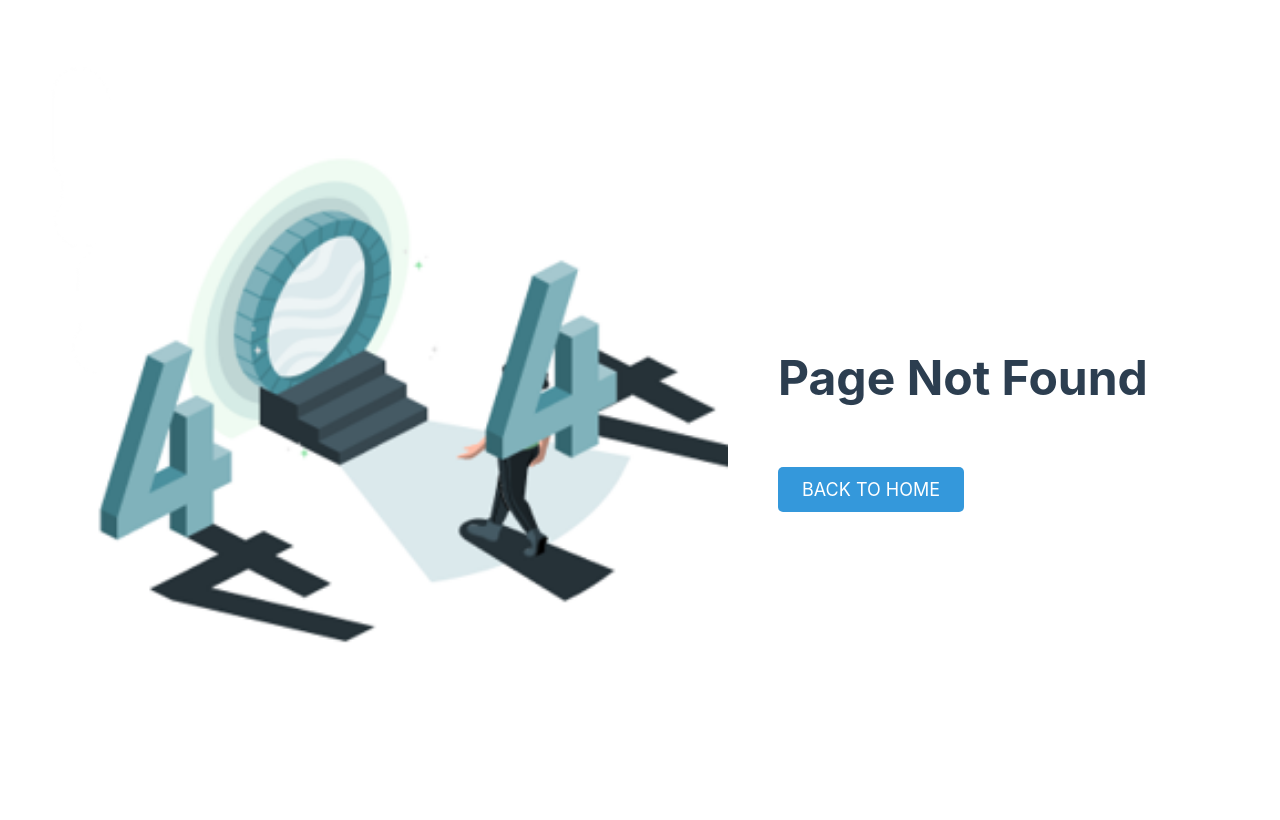
Repository: sarramz/ProjetBI-AI-dev
Page: /1
These files come from the project's save history. The page is drawn as it stood at one moment and after the next save; the edit follows.
The browser window is 1280 px wide. The pictures show the whole page.
The project was rebuilt for these pictures with package versions that can differ from the ones it lists, and the page was loaded fresh each time. Also part of the build but not shown: vite.config.js.

Above is the page before, as saved 2025-02-23 10:31:07.

### src/App.jsx
import React from "react";
import { BrowserRouter as Router, Routes, Route } from "react-router-dom";
import NotFoundPage from "./pages/NotFoundPage.jsx";

const Home = () => <h1 className="text-4xl text-center mt-10">Bienvenue sur la page d'accueil</h1>;

const App = () => {
  return (
    <Router>
      <Routes>
        <Route path="/" element={<Home />} />
        <Route path="*" element={<NotFoundPage />} />
      </Routes>
    </Router>
  );
};

export default App;

### src/pages/NotFoundPage.jsx
import React from "react";
import "./style.css"; // Assure-toi que ce fichier existe
import image404 from "/image.png"; // L'image doit être dans `public/`

export default function NotFoundPage() {
  return (
    <div className="not-found-container">
      <div className="image-container">
        <img src={image404} alt="404 Illustration" />
      </div>
      <div className="text-container">
        <h2>Page Not Found</h2>
        <a href="/" className="back-button">BACK TO HOME</a>
      </div>
    </div>
  );
}

### src/pages/style.css
.not-found-container {
  display: flex;
  align-items: center;
  justify-content: flex-start; /* Décale tout à gauche */
  padding: 50px;
  height: 100vh;
  gap: 50px; /* Espacement entre l'image et le texte */
}

.image-container {
  flex: 1.5; /* Donne plus d'espace à l'image */
  display: flex;
  justify-content: flex-start; /* Décale l’image encore plus à gauche */
}

.image-container img {
  width: 100%; /* Rend l'image plus grande */
  max-width: 700px; /* Évite qu'elle ne devienne trop énorme */
}

.text-container {
  flex: 1;
  text-align: left;
}

.text-container h2 {
  font-size: 48px; /* Plus grand pour être bien lisible */
  color: #2c3e50;
  white-space: nowrap; /* Force le texte sur une seule ligne */
}

.back-button {
  display: inline-block;
  margin-top: 20px;
  padding: 12px 24px;
  background-color: #3498db;
  color: white;
  text-decoration: none;
  border-radius: 5px;
  font-size: 18px;
}

.back-button:hover {
  background-color: #2980b9;
}

Loaded but not shown: index.html (common file); src/main.jsx (common file); src/index.css (common file)

After the next save:
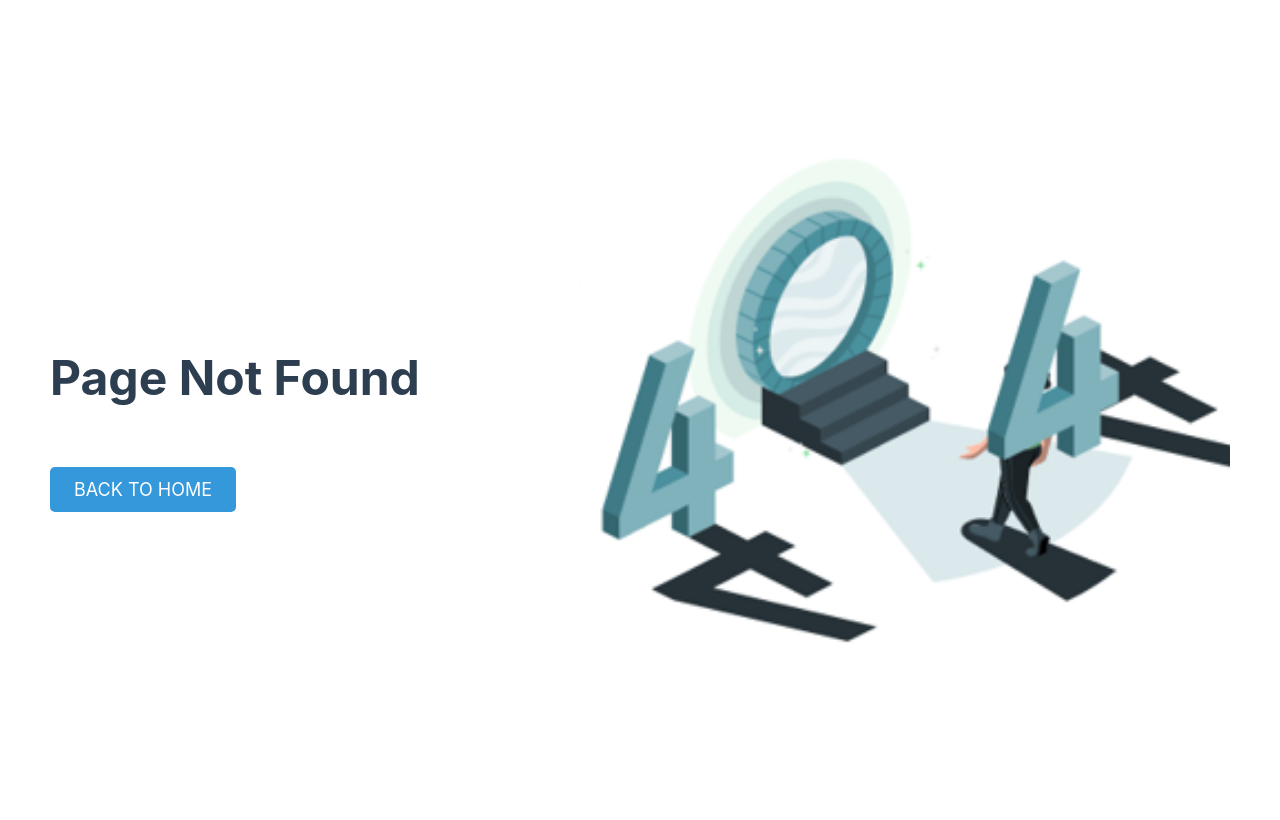
Saved 46 s later.
--- a/src/pages/NotFoundPage.jsx
+++ b/src/pages/NotFoundPage.jsx
@@ -5,13 +5,13 @@ import image404 from "/image.png"; // L'image doit être dans `public/`
 export default function NotFoundPage() {
   return (
     <div className="not-found-container">
-      <div className="image-container">
-        <img src={image404} alt="404 Illustration" />
-      </div>
       <div className="text-container">
         <h2>Page Not Found</h2>
         <a href="/" className="back-button">BACK TO HOME</a>
       </div>
+      <div className="image-container">
+        <img src={image404} alt="404 Illustration" />
+      </div>
     </div>
   );
 }
